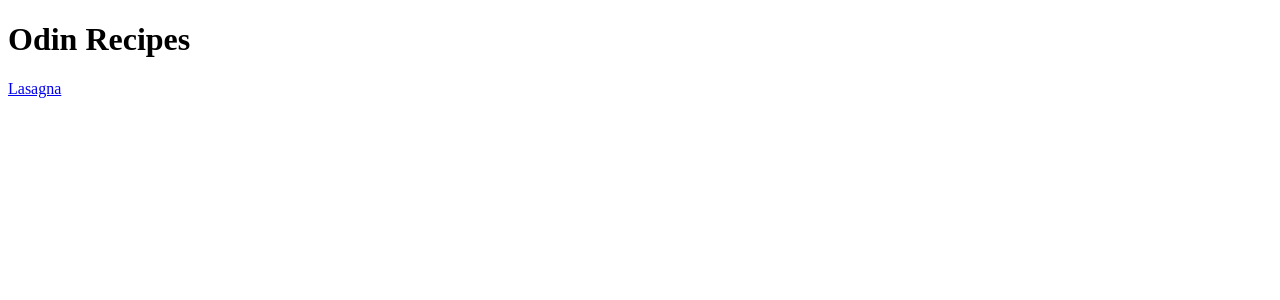
Repository: evemcd/odin_project
Page: odin-project1-recipes/index.html
These files come from the project's save history. The page is drawn as it stood at one moment and after the next save; the edit follows.
The browser window is 1280 px wide. The pictures show the whole page.

Above is the page before, as saved 2022-01-30 12:05:33.

After the next save:
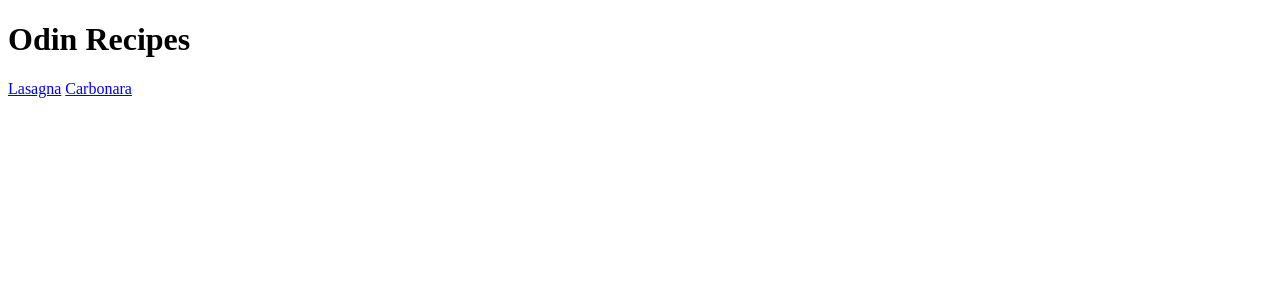
Saved 17 s later.
--- a/odin-project1-recipes/index.html
+++ b/odin-project1-recipes/index.html
@@ -7,5 +7,6 @@
 <body>
     <h1>Odin Recipes</h1>
     <a href="./recipes/lasagna.html">Lasagna</a>
+    <a href="./recipes/carbonara.html">Carbonara</a>
 </body>
 </html>
